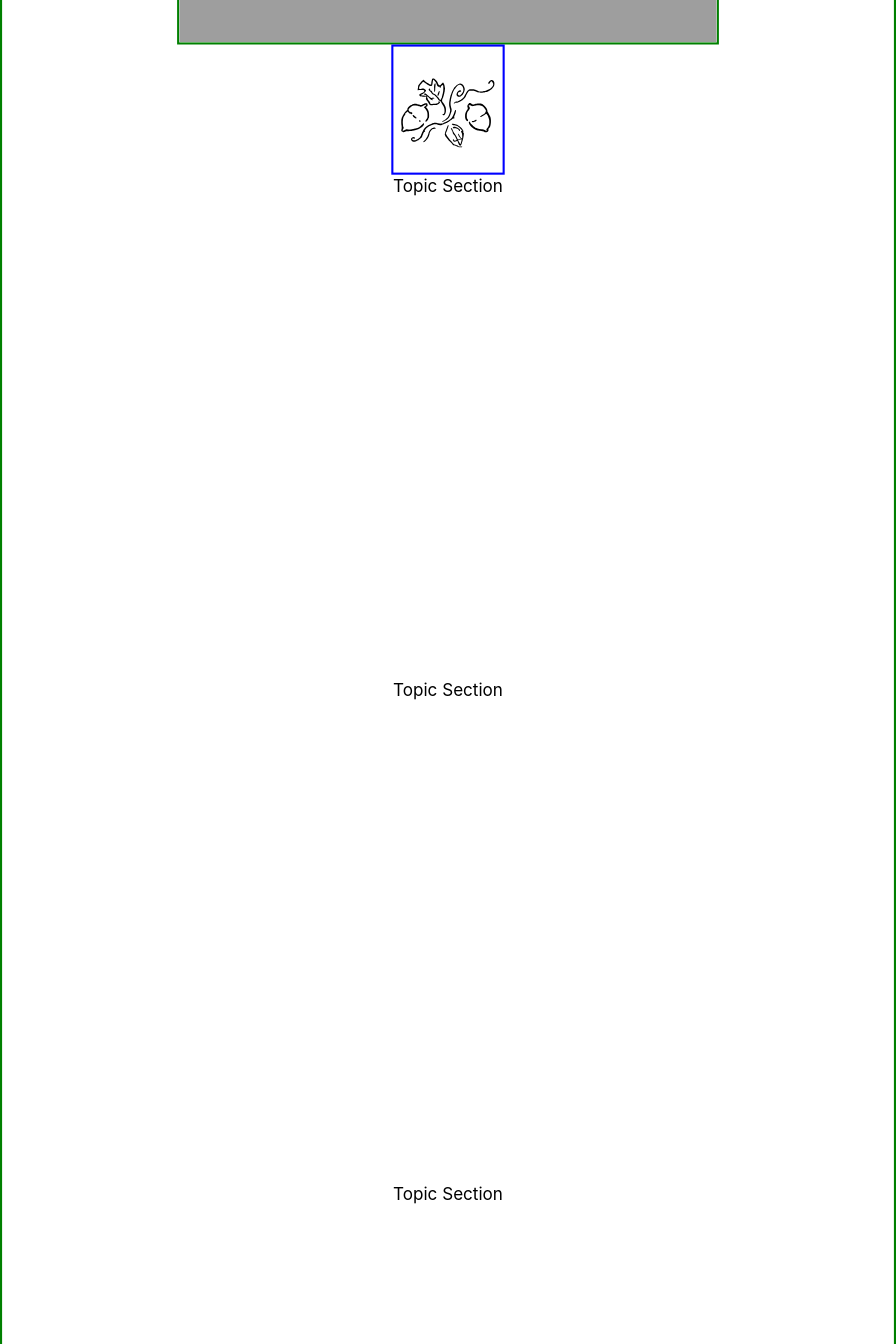
Repository: Achorn/achorn.github.io
Page: /
An editor plug-in stored every save of this project. The page is shown before and after the next save, followed by the edit.
The browser window is 1280 px wide. The pictures show the part of the page from y = 491 to 2411 px (the page is 2904 px tall before and 2922 px after), at 70% of full size.
Pictures or frames that could not be fetched are drawn as grey boxes. The project was rebuilt for these pictures with package versions that can differ from the ones it lists, and the page was loaded fresh each time.

Above is the page before, as saved 2023-05-10 10:44:49.

After the next save:
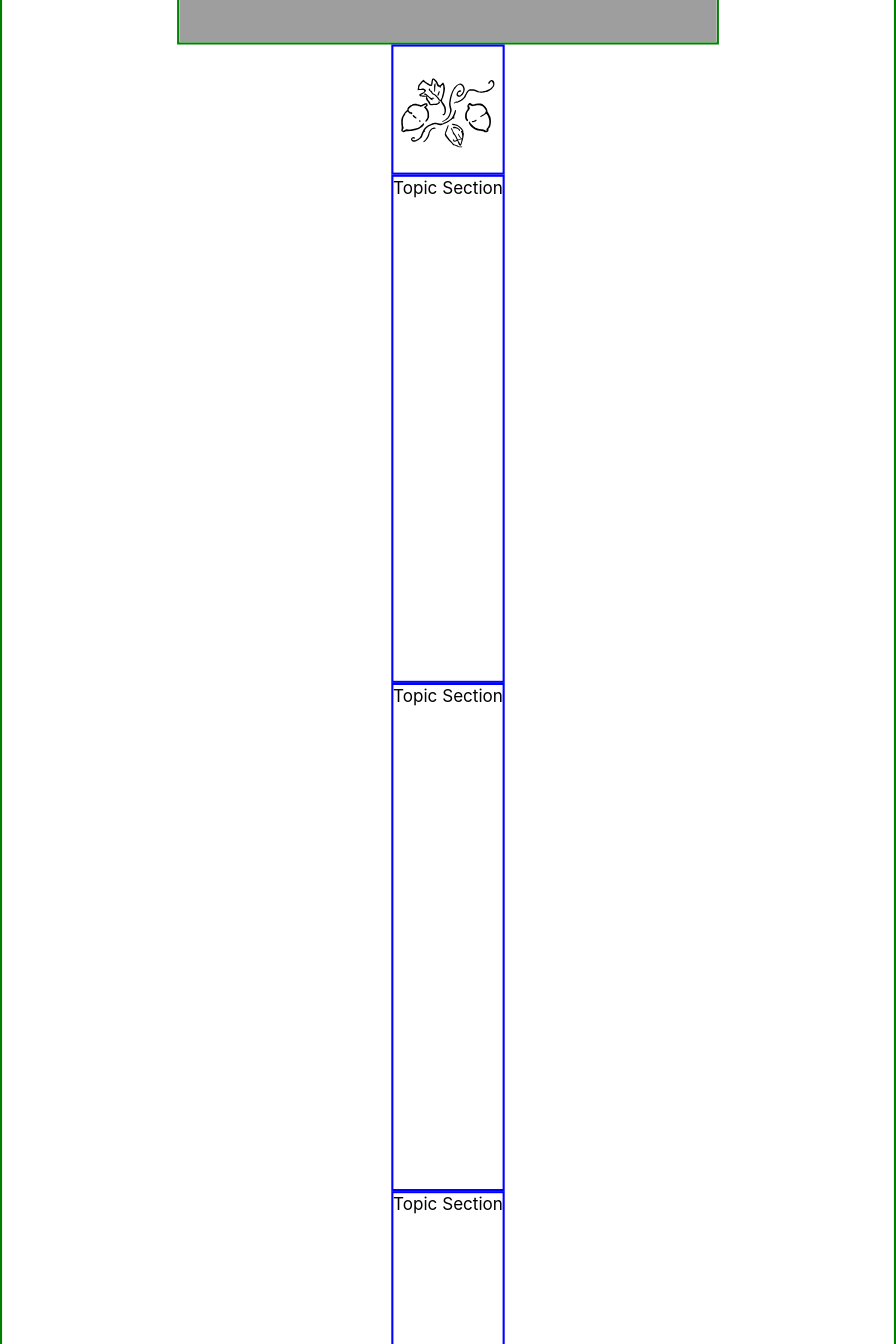
Saved 19 s later.
--- a/src/main/Main.css
+++ b/src/main/Main.css
@@ -135,5 +135,7 @@
 }
 
 .Topic-section {
+  border-style: solid;
+  border-color: blue;
   min-height: 100vh;
 }
